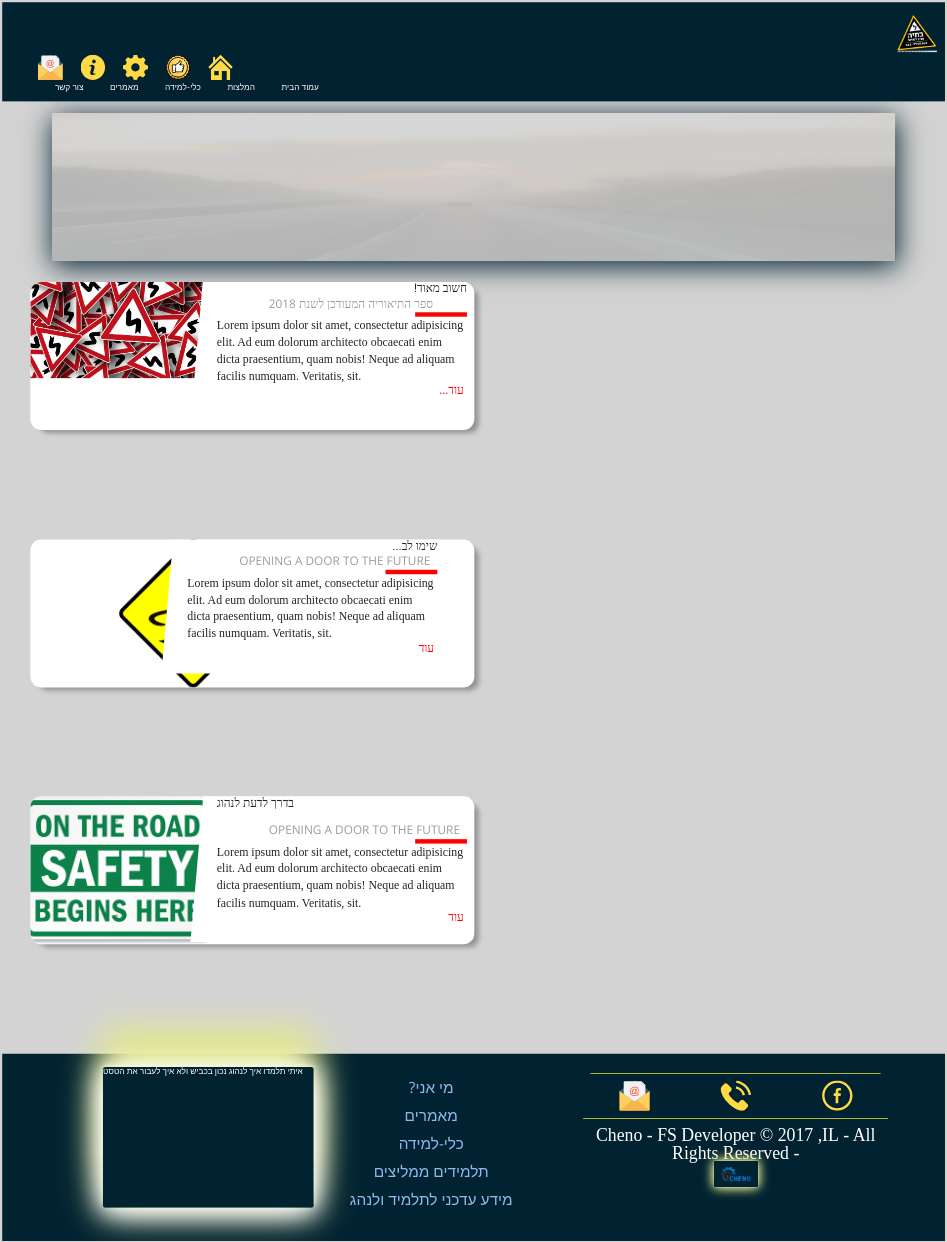
Repository: ChenGinsberg/BatyaLamed-site
Page: index.html
An editor plug-in stored every save of this project. The page is shown before and after the next save, followed by the edit.
The browser window is 1280 px wide. The pictures show the whole page, at 74% of full size.
Some web libraries are served in a nearby version.

Above is the page before, as saved 2017-11-14 00:37:55.

After the next save:
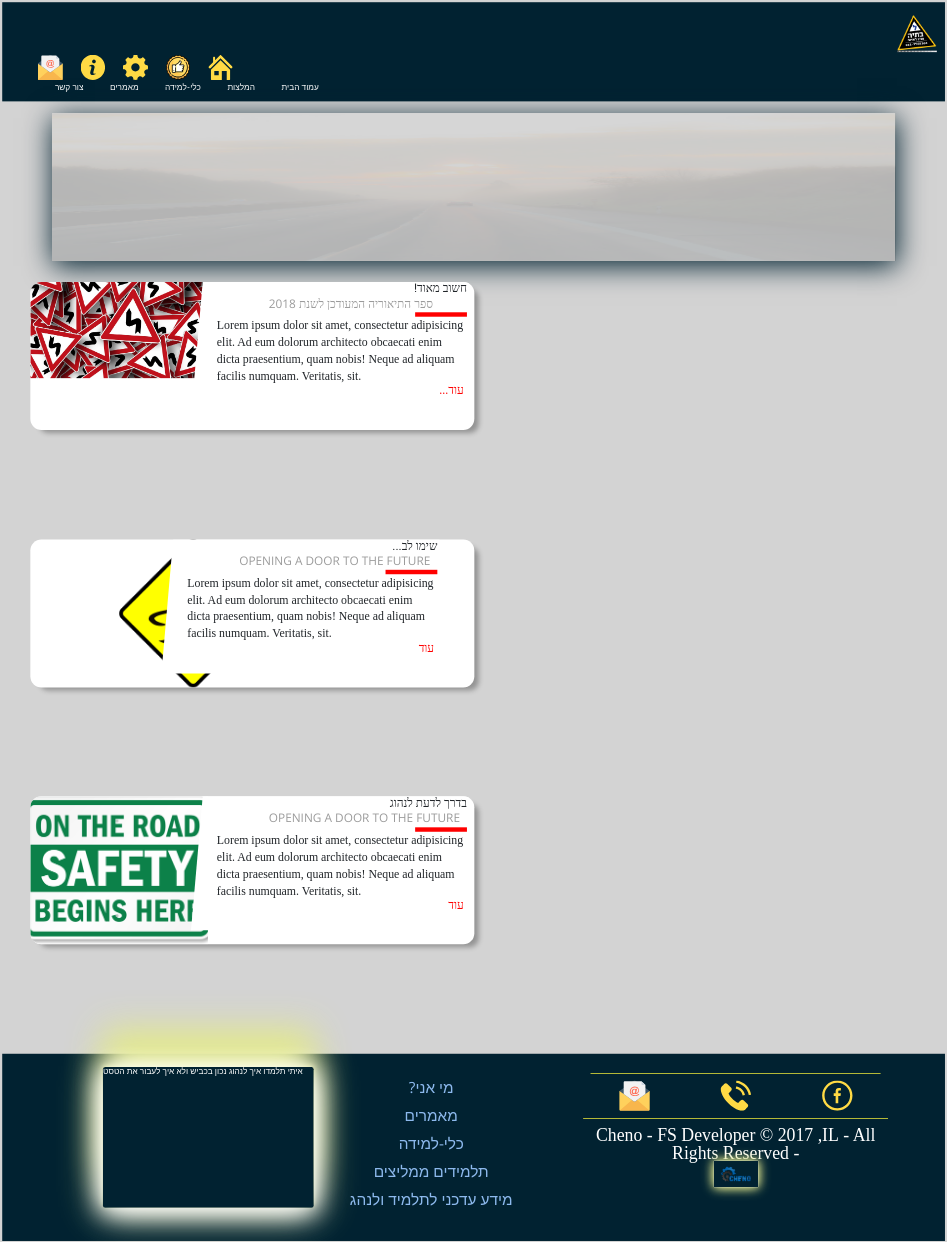
Saved 12 s later.
--- a/index.html
+++ b/index.html
@@ -74,7 +74,7 @@
         <div class="photo photo3"></div>
         <div class="description">
 
-            </span class="infoBox_header">בדרך לדעת לנהוג</span>
+            <span class="infoBox_header">בדרך לדעת לנהוג</span>
             <h2>Opening a door to the future</h2>
             <p class="summary">Lorem ipsum dolor sit amet, consectetur adipisicing elit. Ad eum dolorum architecto obcaecati enim dicta praesentium,
                 quam nobis! Neque ad aliquam facilis numquam. Veritatis, sit.</p>
